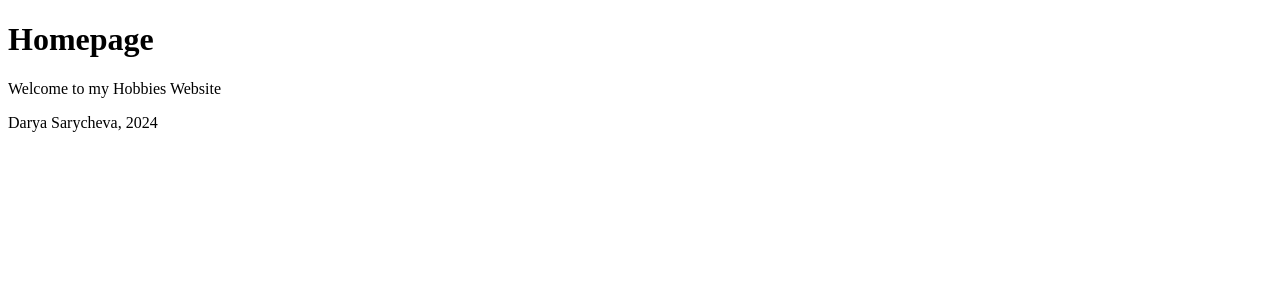
Repository: DaryaSarycheva/Hobbies
Page: index.html
The author's editor kept a copy of each file at every save. The page is drawn from the files as they stood at one save, then again after the next save.
The browser window is 1280 px wide. The pictures show the whole page.

Above is the page before, as saved 2024-05-08 08:46:17.

After the next save:
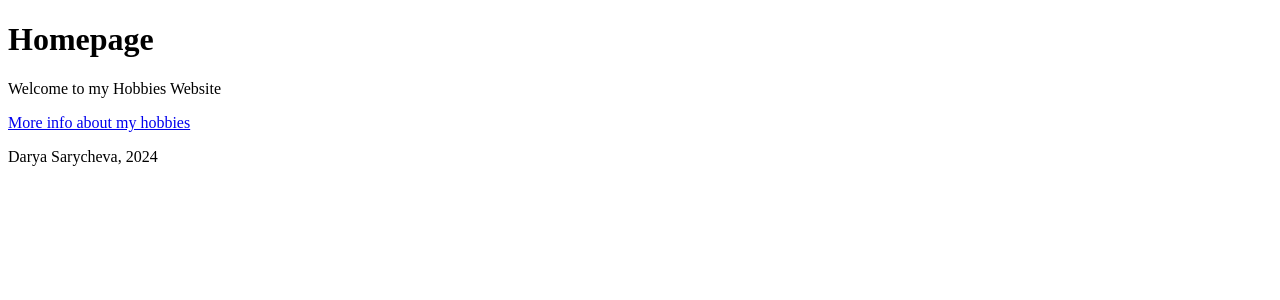
Saved 100 s later.
--- a/index.html
+++ b/index.html
@@ -11,6 +11,7 @@
     </header>
     <main>
         <p>Welcome to my Hobbies Website</p>
+        <a href="./myHobbies.html">More info about my hobbies</a>
     </main>
     <footer>
         <p> Darya Sarycheva, 2024 </p>
